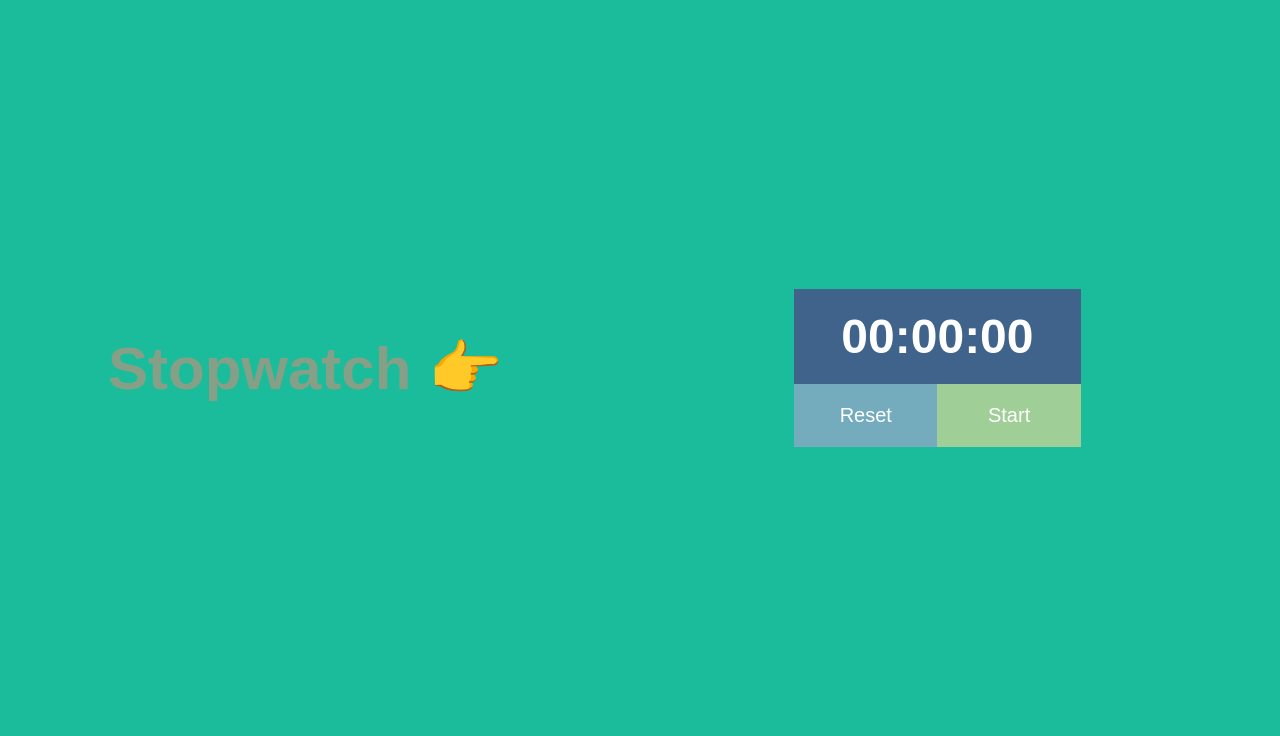
Repository: pilar122/stopwatch
Page: index.html
These files come from the project's save history. The page is drawn as it stood at one moment and after the next save; the edit follows.
The browser window is 1280 px wide. The pictures show the whole page.

Above is the page before, as saved 2022-06-19 13:01:26.

### index.html
<!DOCTYPE html>
<html>
    <head>
        <title>
            Stopwatch
        </title>
        <link href="stopwatch.css" rel="stylesheet">
        <script src="stopwatch.js"></script>
    </head>

    <div class="header">
        <h1>Stopwatch 👉</h1>
    </div>

    <body>

        <div id="stopwatch">
            <!--CURRENT TIME-->
            <div id="sw-time">00:00:00</div> <!-- sw is the time display-->

            <!--CONTROLS-->
            <input type="button" value="Reset" id="sw-rst" disabled/> <!--sw-rst is the reset button * and the disabled means that the buttons are at the moment-->
            <input type="button" value="Start" id="sw-go" disabled/> <!--sw-go is the start & stop button-->
        </div>
    </body>
</html>

### stopwatch.css
/* (A) CONTAINER */
#stopwatch {
    display: flex;
    flex-wrap: wrap;
    max-width: 400px;
    margin: 0 auto;
  }

  /* (B) TIME */
  #sw-time {
    width: 100%;
    padding: 20px 0;
    font-size: 48px;
    font-weight: bold;
    text-align: center;
    background: rgb(63, 99, 139);
    color: #fff;
  }

  /* (C) BUTTONS */
  #sw-rst, #sw-go {
    box-sizing: border-box;
    width: 50%;
    cursor: pointer;
    padding: 20px 0;
    border: 0;
    color: #fff;
    font-size: 20px;
  }
  #sw-rst { background-color: #75acbd; }
  #sw-go { background-color: #9fce97; }

  /* (X) DOES NOT MATTER */
  /* PAGE & BODY */
  body {
    display: flex;
    align-items: center; justify-content: center;
    min-height: 100vh;
    background: #1abc9c;
    background-repeat: no-repeat;
    background-position: center;
    background-size: cover;
  }
  * { font-family: arial, sans-serif; }

  /* WIDGET */
  .widget-wrap {
    min-width: 450px;
    padding: 30px;
    border-radius: 20px;
    background: rgba(255, 255, 255, 0.4);
  }

  .header {
    padding: 100px;
    text-align: center;
    color: #85a086;
    text-align: right;
    font-size: 30px;
  }

  /* HEADER */
  h1 { text-align: center; }
  #code-boxx {
    width: 100%;
    margin-top: 30px;
    text-align: center;
  }

  /* FOOTER */
  #code-boxx {
    font-weight: 600;
    margin-top: 30px;
  }
  #code-boxx a {
    display: inline-block;
    padding: 5px;
    text-decoration: none;
    background: #d3adad;
    color: #fff;
  }

### stopwatch.js
var sw = {
    // (A) PROPERTIES
    etime : null, // html time display
    erst : null, // html reset button
    ego : null, // html start/stop button
    timer : null, // timer object
    now : 0, // current elapsed time

    // (B) INITIALIZE
    init : () => {
      // (B1) GET HTML ELEMENTS
      sw.etime = document.getElementById("sw-time");
      sw.erst = document.getElementById("sw-rst");
      sw.ego = document.getElementById("sw-go");

      // (B2) ENABLE BUTTON CONTROLS
      sw.erst.onclick = sw.reset;
      sw.ego.onclick = sw.start;
      sw.erst.disabled = false;
      sw.ego.disabled = false;
    },

    // (C) START!
    start : () => {
      sw.timer = setInterval(sw.tick, 1000);
      sw.ego.value = "Stop";
      sw.ego.onclick = sw.stop;
    },

    // (D) STOP
    stop : () => {
      clearInterval(sw.timer);
      sw.timer = null;
      sw.ego.value = "Start";
      sw.ego.onclick = sw.start;
    },

    // (E) TIMER ACTION
    tick : () => {
      // (E1) CALCULATE HOURS, MINS, SECONDS
      sw.now++;
      let hours = 0, mins = 0, secs = 0,
      remain = sw.now;
      hours = Math.floor(remain / 3600);
      remain -= hours * 3600;
      mins = Math.floor(remain / 60);
      remain -= mins * 60;
      secs = remain;

      // (E2) UPDATE THE DISPLAY TIMER
      if (hours<10) { hours = "0" + hours; }
      if (mins<10) { mins = "0" + mins; }
      if (secs<10) { secs = "0" + secs; }
      sw.etime.innerHTML = hours + ":" + mins + ":" + secs;
    },

    // (F) RESET
    reset : () => {
      if (sw.timer != null) { sw.stop(); }
      sw.now = -1;
      sw.tick();
    }
  };
  window.addEventListener("load", sw.init);

After the next save:
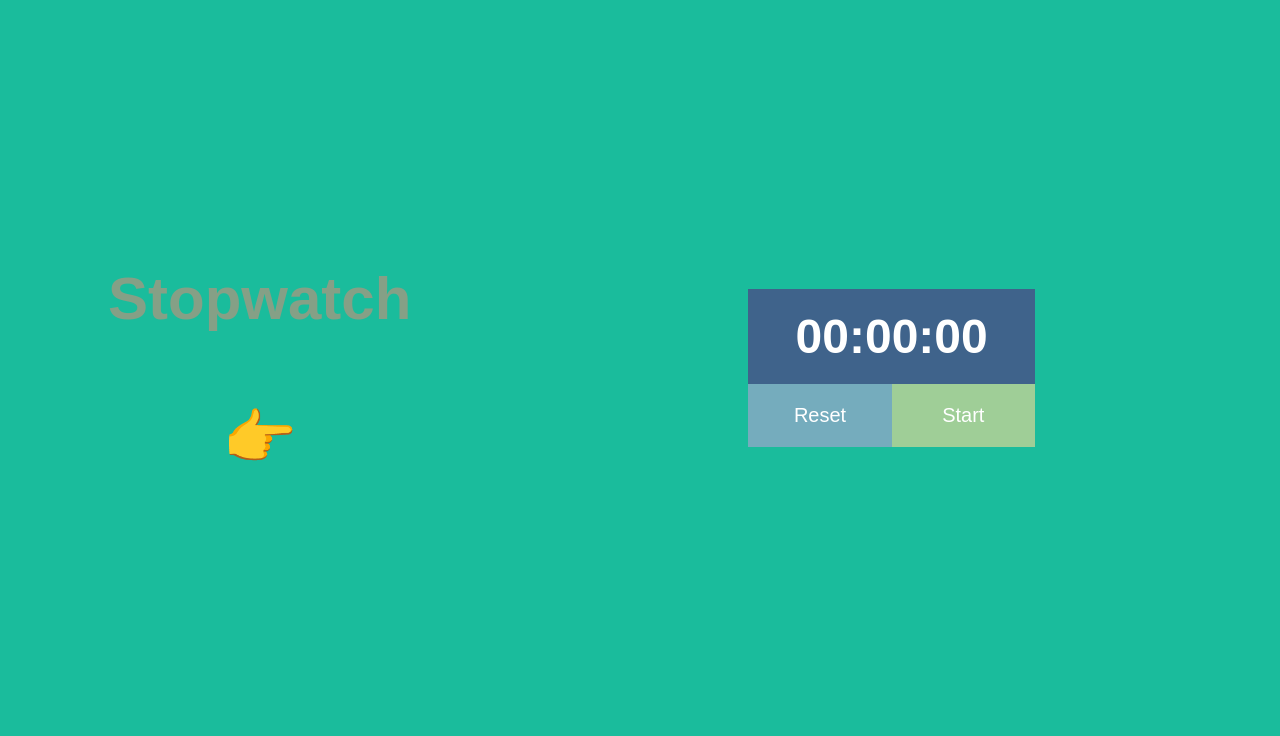
Saved 23 s later.
--- a/index.html
+++ b/index.html
@@ -9,7 +9,7 @@
     </head>
 
     <div class="header">
-        <h1>Stopwatch 👉</h1>
+        <h1>Stopwatch <br> <br> 👉</h1>
     </div>
 
     <body>
